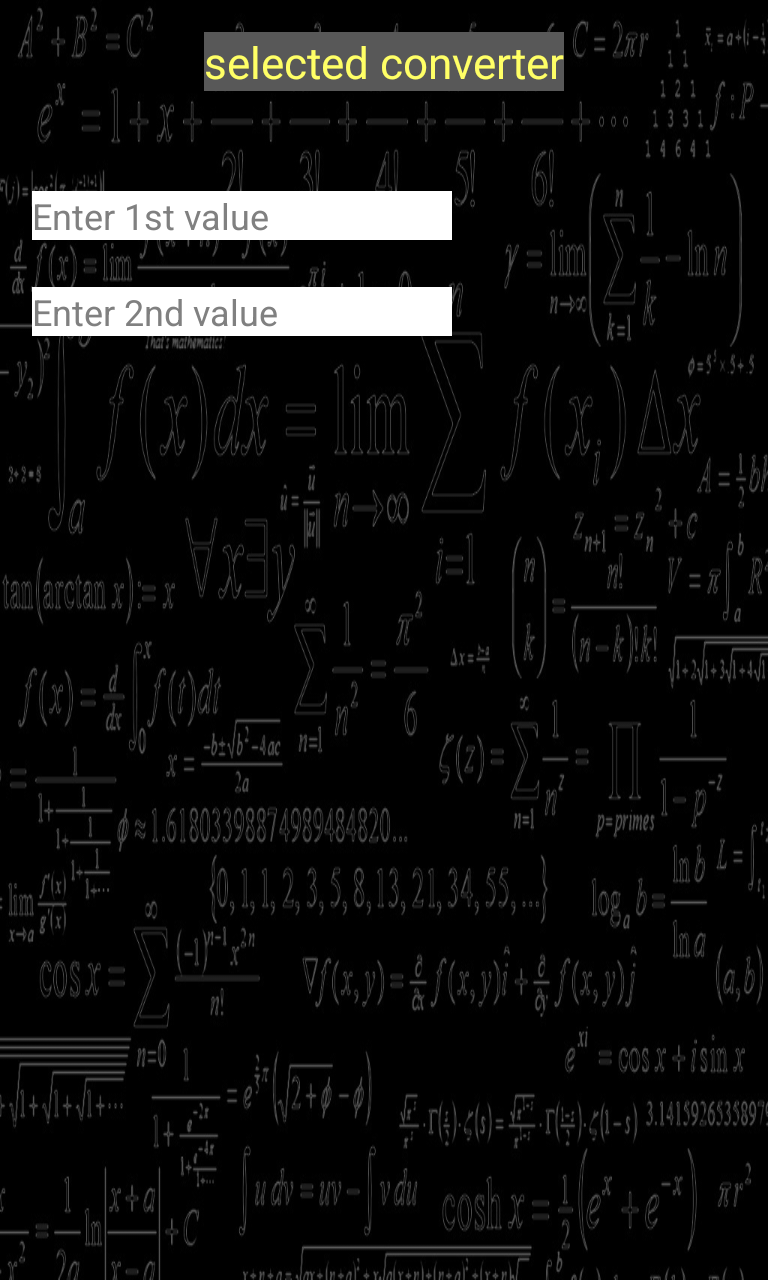
Repository: priyankaaj/practiced-apps
Layout: newProject/res/layout/converterlandscapemode.xml
The author's editor kept a copy of each file at every save. The layout is drawn from the files as they stood at one save, then again after the next save.
It is drawn on a 768 x 1280 px phone screen (xhdpi) without system bars, with theme AppTheme; the app's code is not run.

Above is the layout before, as saved 2015-09-28 17:41:51.

After the next save:
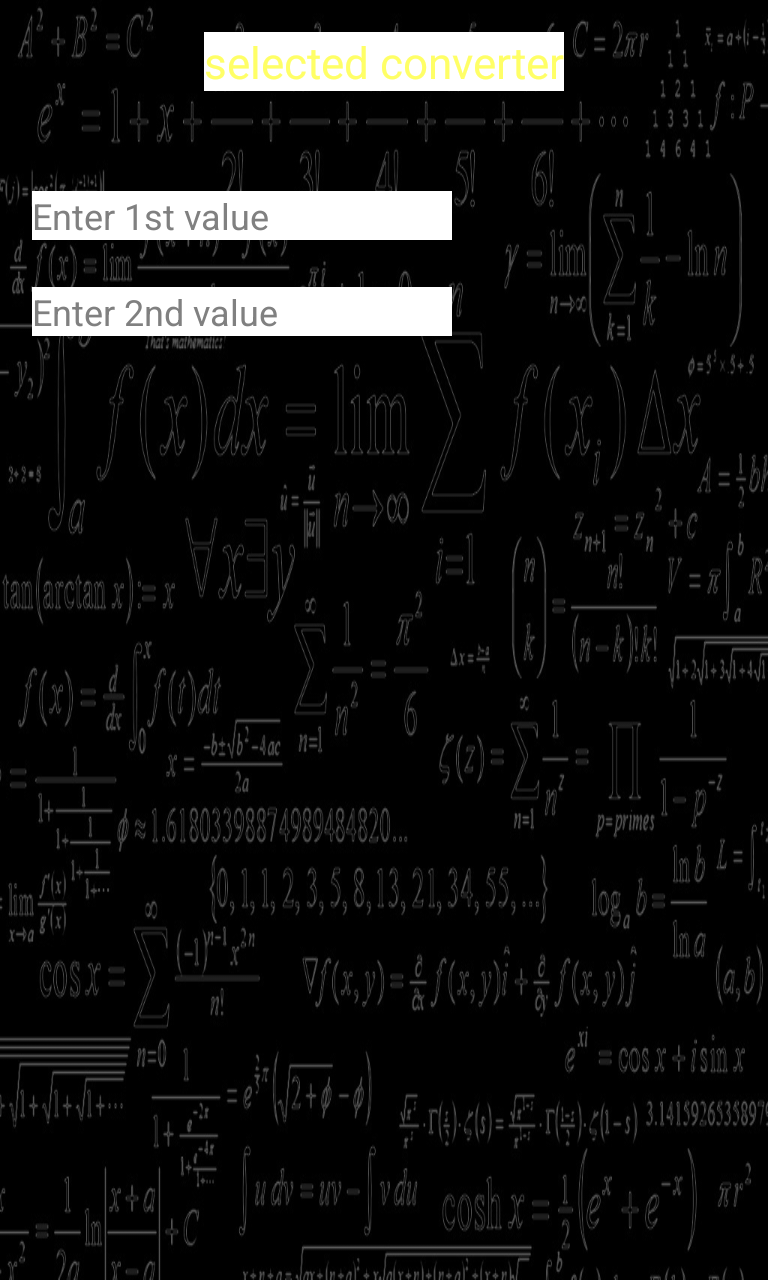
Saved 22 s later.
--- a/newProject/res/layout/converterlandscapemode.xml
+++ b/newProject/res/layout/converterlandscapemode.xml
@@ -24,7 +24,7 @@
         android:layout_height="wrap_content"
         android:layout_alignParentTop="true"
         android:layout_centerHorizontal="true"
-        android:background="#585858"
+        android:background="#ffffff"
         android:text="selected converter"
         android:textAppearance="?android:attr/textAppearanceLarge"
         android:textColor="#FFFF66" />
